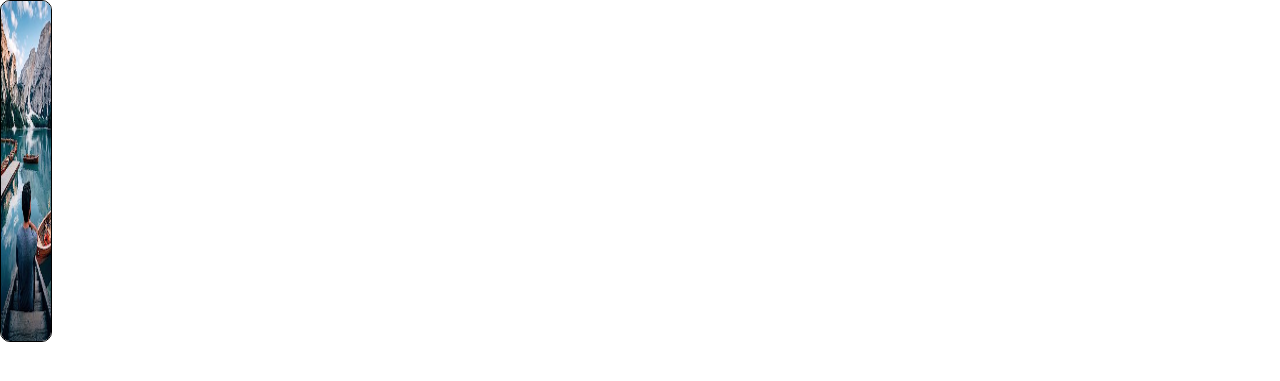
Repository: diensy/Web_dev
Page: Css/Exercise/exercise-2/index.html
An editor plug-in stored every save of this project. The page is shown before and after a run of saves, followed by the edit.
The browser window is 1280 px wide. The pictures show the whole page.

Above is the page before, as saved 2024-05-27 20:53:58.

### Css/Exercise/exercise-2/index.html
<!DOCTYPE html>
<html lang="en">
<head>
    <meta charset="UTF-8">
    <meta name="viewport" content="width=device-width, initial-scale=1.0">
    <title>Document</title>
    <link rel="stylesheet" href="index.css">
</head>
<body>
    <div class="card">
        <div class="image">
            <img src="image.jpeg" alt="">
        </div>
    </div>
</body>
</html>

### Css/Exercise/exercise-2/index.css
* {
  margin: 0;
  padding: 0;
}

.image img{
  display: grid;
  border: 1px solid black;
  border-radius: 10px;
  height: 340px;
  width: 50px;
}

After the next 2 saves:
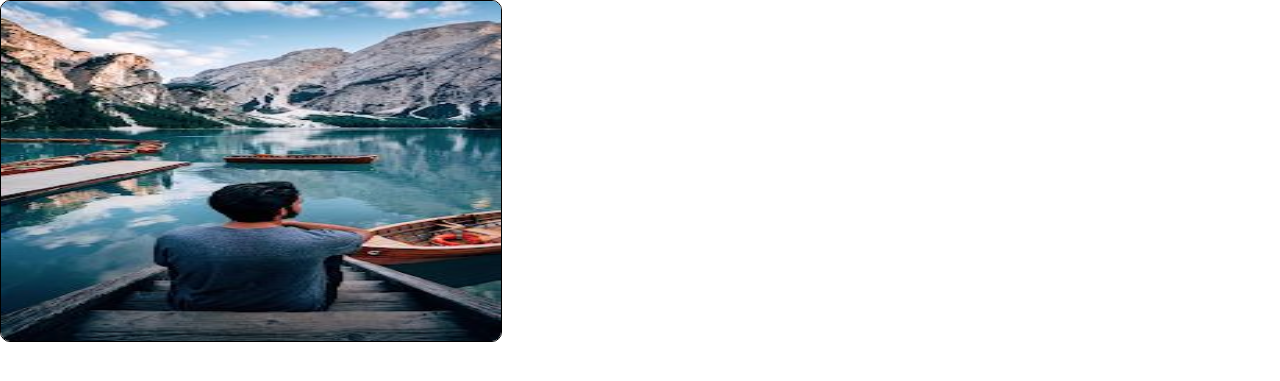
The 2 saves are shown as one change because they came seconds apart.
The last was saved 7 s later.
--- a/Css/Exercise/exercise-2/index.css
+++ b/Css/Exercise/exercise-2/index.css
@@ -8,5 +8,5 @@
   border: 1px solid black;
   border-radius: 10px;
   height: 340px;
-  width: 50px;
+  width: 500px;
 }
